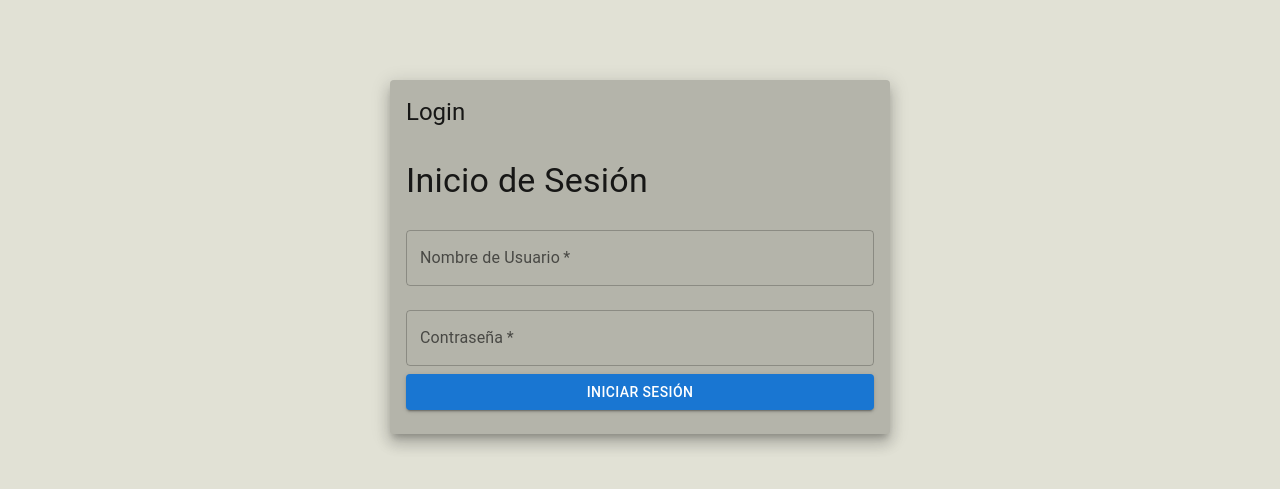
Repository: Mpablom/usuarioCaC-integrador-final-front
Page: /
These files come from the project's save history. The page is drawn as it stood at one moment and after the next save; the edit follows.
The browser window is 1280 px wide. The pictures show the whole page.
The project was rebuilt for these pictures with package versions that can differ from the ones it lists, and the page was loaded fresh each time. Also part of the build but not shown: vite.config.ts, src/components/UsuariosTable.tsx.

Above is the page before, as saved 2024-07-11 00:15:18.

After the next save:
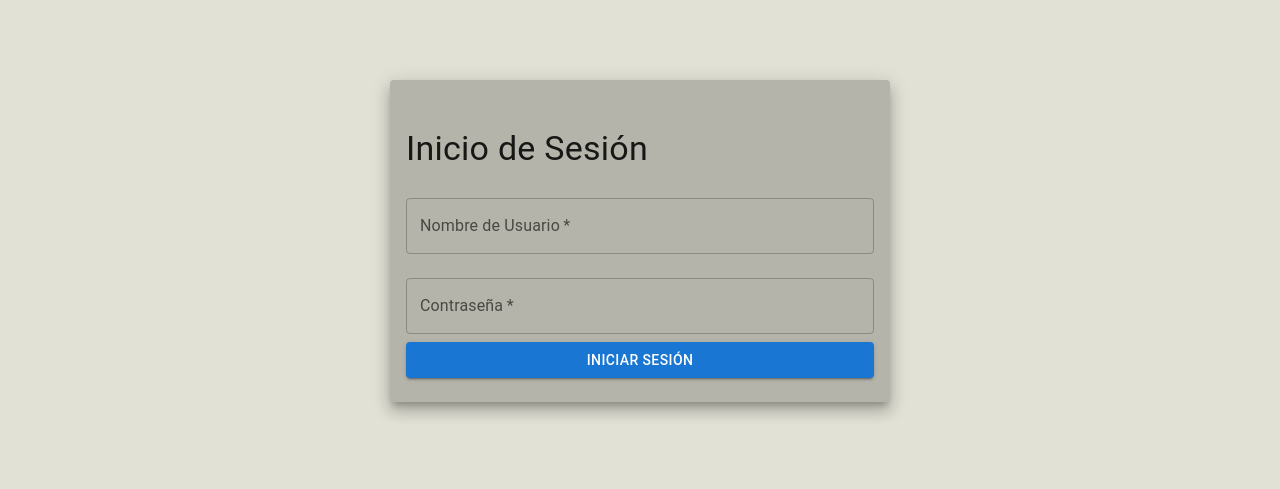
Saved 25 s later.
--- a/src/components/Login.tsx
+++ b/src/components/Login.tsx
@@ -30,7 +30,7 @@ const Login: React.FC = () => {
   };
   return (
     <Card sx={{ maxWidth: 500, margin: "auto", boxShadow:'10', mt: 10, bgcolor:"#B4B4AA" }}>
-      <CardHeader title="Login" />
+      <CardHeader/>
       <CardContent>
         <Typography variant="h4" component="h1" gutterBottom>
           Inicio de Sesión
